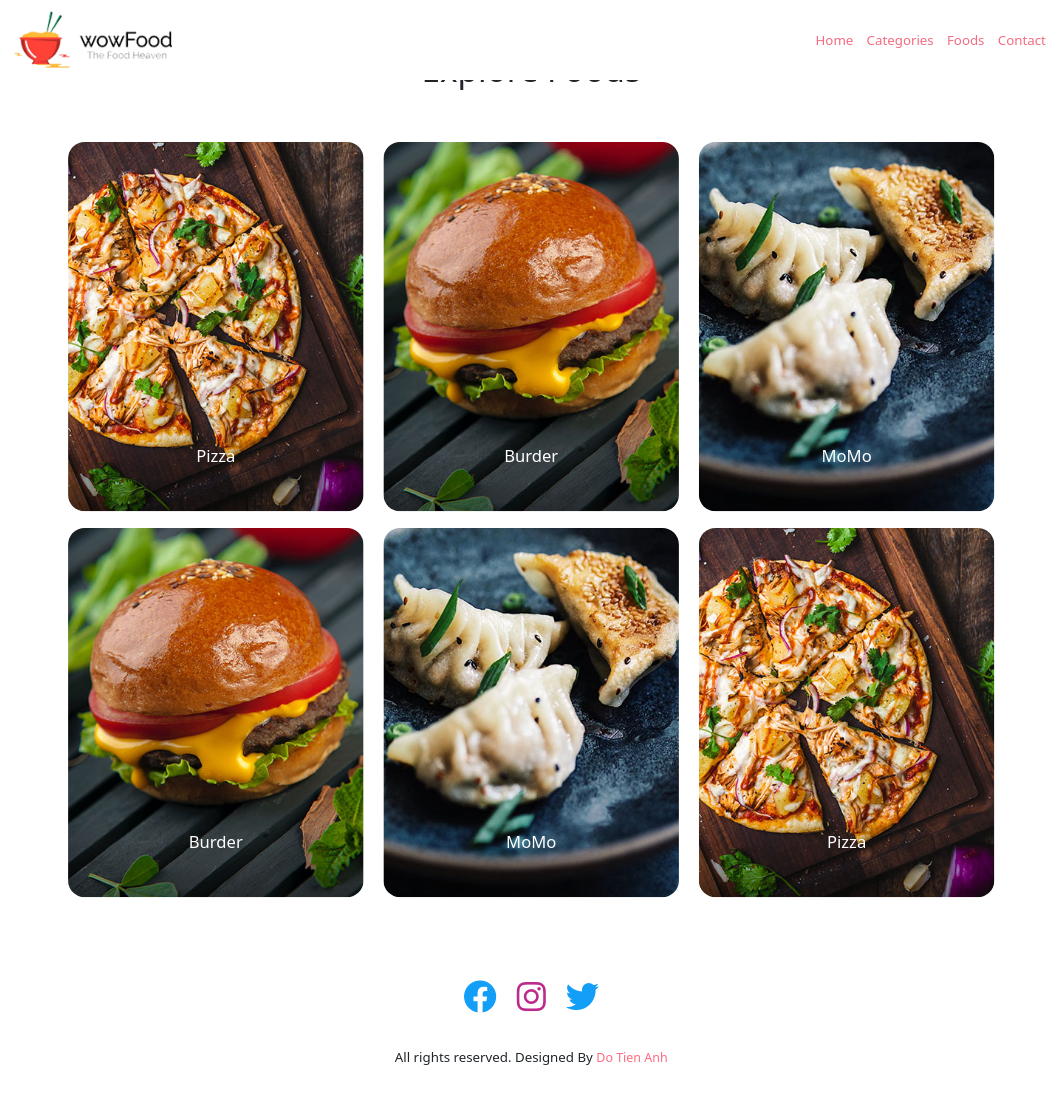
Repository: ruaruababa/RestaurantBS5
Page: http://localhost/html/categories.php
The author's editor kept a copy of each file at every save. The page is drawn from the files as they stood at one save, then again after the next save.
The browser window is 1280 px wide. The pictures show the whole page, at 83% of full size.
The page is run by PHP 8.4 with error messages shown; the project is at /var/www/html/.

Above is the page before, as saved 2021-09-26 21:37:39.

After the next save:
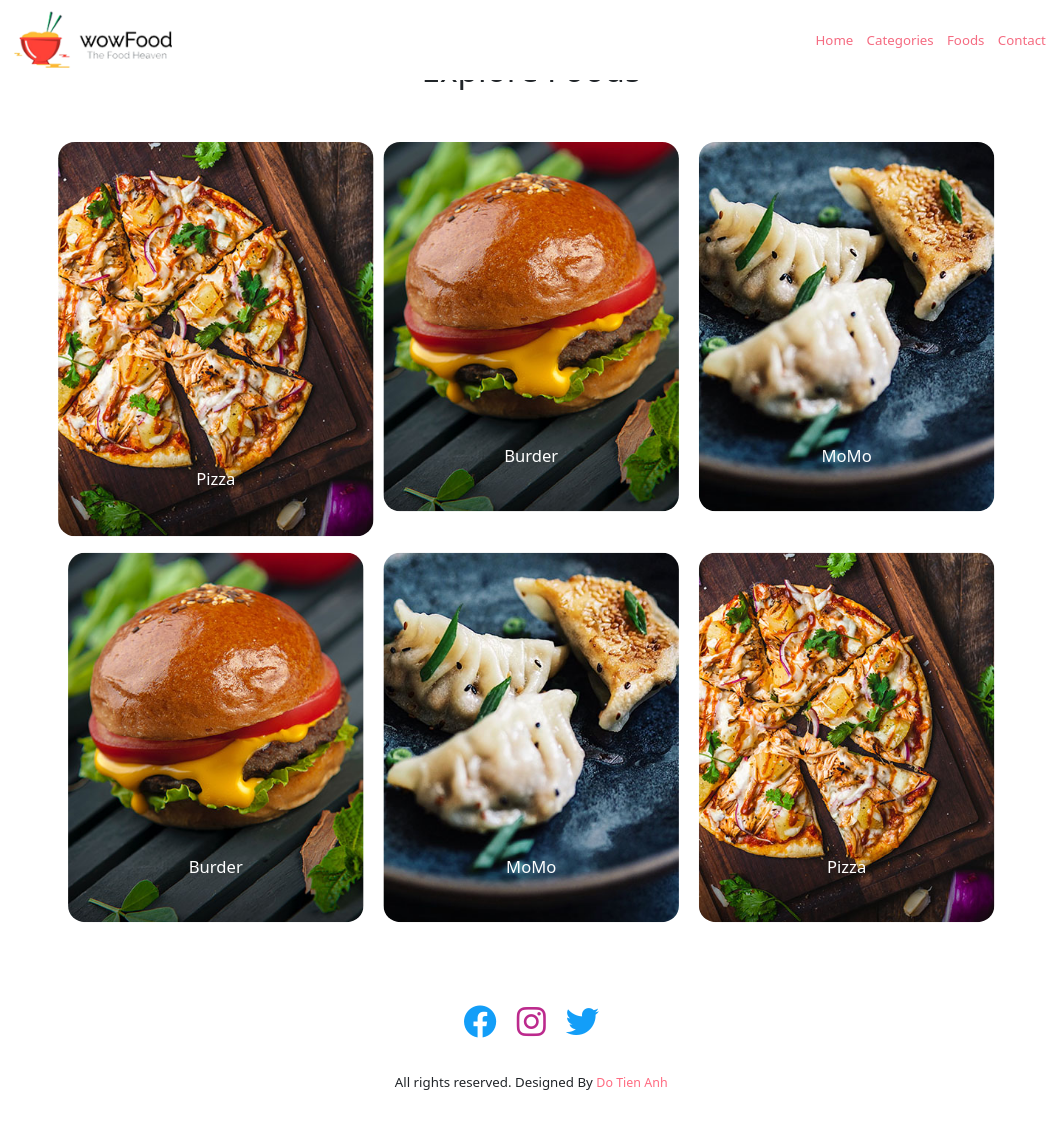
Saved 10 s later.
--- a/html/categories.php
+++ b/html/categories.php
@@ -53,7 +53,7 @@
             <div class="container">
                 <div class="row hover-blur">
                     <!-- row1 -->
-                    <div class=" col-lg-4 col-md-6 col-6">
+                    <div class=" col-lg-4 col-md-6 col-6 hover-blur-item">
                         <div class="slider__images-title">
                             <img src="/restaurantbs5/img/pizza.jpg" alt="" class="slider__img">
                             <h4 class="slider__img-text">Pizza</h4>
